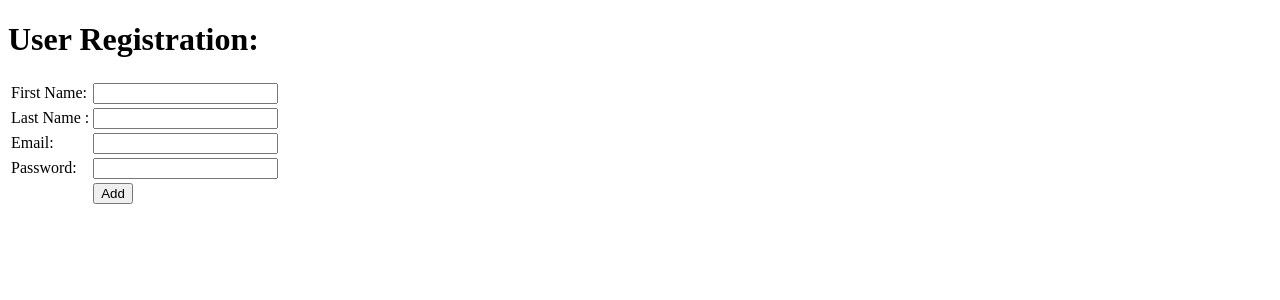
Repository: r-svp26/J2EE-Hands-On
Page: UserApp/WebContent/updateUser.html
These files come from the project's save history. The page is drawn as it stood at one moment and after the next save; the edit follows.
The browser window is 1280 px wide. The pictures show the whole page.

Above is the page before, as saved 2020-01-03 14:11:21.

### UserApp/WebContent/updateUser.html
<!DOCTYPE html>
<html>
<head>
<meta charset="UTF-8">
<title>Add User</title>
</head>
<body>
	<h1>User Registration:</h1>
	<form method="post" action="addServlet">
		<table>
			<tr>
				<td>First Name:</td>
				<td><input name="firstName" /></td>
			</tr>
			<tr>
				<td>Last Name :</td>
				<td><input name="lastName" /></td>
			</tr>
			<tr>
				<td>Email:</td>
				<td><input name="email" /></td>
			</tr>
			<tr>
				<td>Password:</td>
				<td><input name="password" type="password" /></td>
			</tr>
			<tr>
				<td />
				<td><input type="submit" value="Add" /></td>
		</table>
	</form>
</body>
</html>

After the next save:
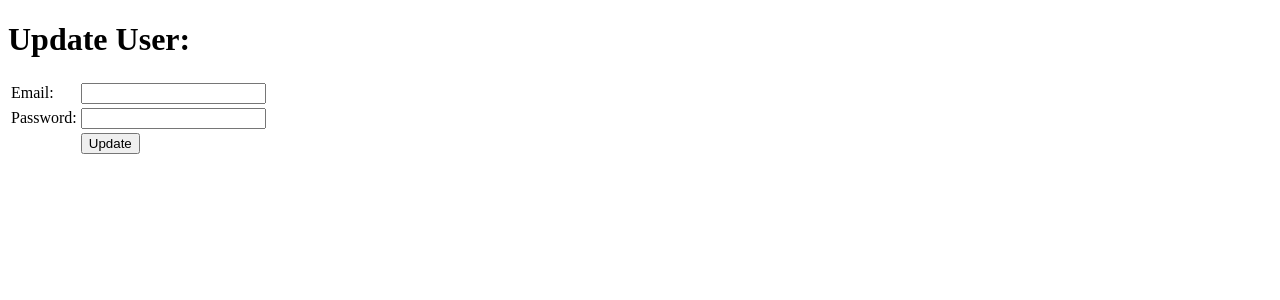
Saved 41 s later.
--- a/UserApp/WebContent/updateUser.html
+++ b/UserApp/WebContent/updateUser.html
@@ -2,31 +2,24 @@
 <html>
 <head>
 <meta charset="UTF-8">
-<title>Add User</title>
+<title>Update User</title>
 </head>
 <body>
-	<h1>User Registration:</h1>
-	<form method="post" action="addServlet">
+	<h1>Update User:</h1>
+	<form method="post" action="updateServlet">
 		<table>
-			<tr>
-				<td>First Name:</td>
-				<td><input name="firstName" /></td>
-			</tr>
-			<tr>
-				<td>Last Name :</td>
-				<td><input name="lastName" /></td>
-			</tr>
 			<tr>
 				<td>Email:</td>
 				<td><input name="email" /></td>
 			</tr>
+
 			<tr>
 				<td>Password:</td>
 				<td><input name="password" type="password" /></td>
 			</tr>
 			<tr>
 				<td />
-				<td><input type="submit" value="Add" /></td>
+				<td><input type="submit" value="Update" /></td>
 		</table>
 	</form>
 </body>
